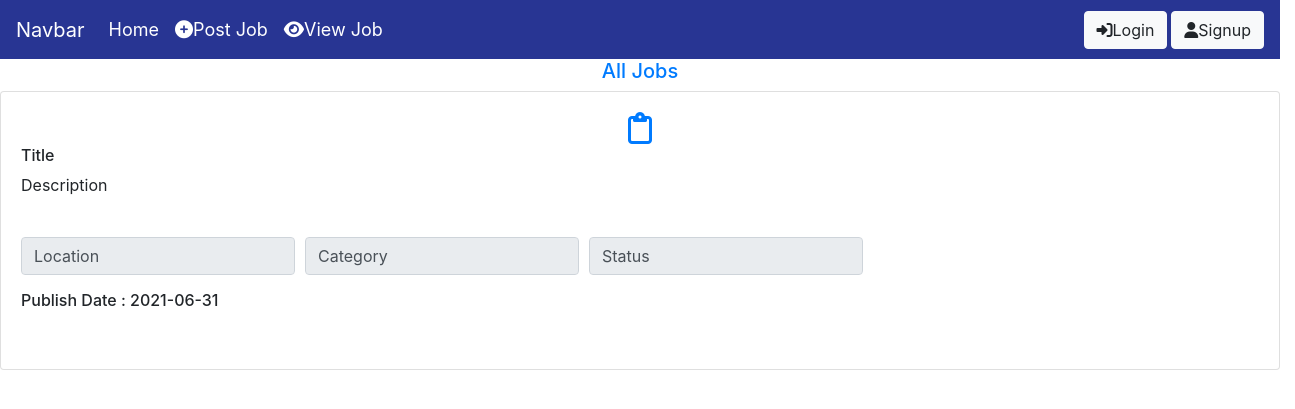
Repository: Pankaj08072001/Adv_Java
Page: http://localhost/06_Job_portal_Project/view_jobs.jsp
The author's editor kept a copy of each file at every save. The page is drawn from the files as they stood at one save, then again after the next save.
The browser window is 1280 px wide. The page is 1295 px wide, so the pictures cover 1295 px, including what lies to the right of the window. The pictures show the whole page.
Some web libraries are served in a nearby version. The page is served by Tomcat 9. Other server files are loaded and not shown.

Above is the page before, as saved 2025-03-13 21:32:17.

### 06_Job_portal_Project/src/main/webapp/view_jobs.jsp
<%@ page language="java" contentType="text/html; charset=UTF-8"
	pageEncoding="UTF-8"%>
<!DOCTYPE html>
<html>
<head>
<meta charset="UTF-8">
<title>View_jobs</title>
<%@include file="All_component/All_css.jsp"%>
</head>
<body>
	<%@include file="All_component/Navbar.jsp"%>

	<div class="Container">

		<div class="row">
			<div class="col-md-12">
				<h5 class="text-center text-primary">All Jobs</h5>
				<div class="card mt-2">
					<div class="card-body">
						<div class="text-center text-primary">
							<i class="far fa-clipboard fa-2x"></i>
						</div>
						<h6>Title</h6>
						<p>Description</p>
						<br>
						<div class="form-row">
							<div class="form-group col-md3">
								<input type="text" class=" form-control form-contorl-sm"
									value="Location" readonly>

							</div>

							<div class="form-group col-md3">
								<input type="text" class=" form-control form-contorl-sm"
									value="Category" readonly>

							</div>

							<div class="form-group col-md3">
								<input type="text" class=" form-control form-contorl-sm"
									value="Status" readonly>

							</div>

						</div>
						<h6>Publish Date : 2021-06-31 </h6>
						<div class="text-center">
						<a href="#" class="btn btn-sm bg-succes text-white">Edit</a>
						<a href="#" class="btn btn-sm bg-succes text-white">Edit</a>
						</div>

					</div>

				</div>

			</div>
		</div>
	</div>


</body>
</html>

### 06_Job_portal_Project/src/main/webapp/All_component/All_css.jsp
<link rel="stylesheet"
	href="https://cdn.jsdelivr.net/npm/bootstrap@4.0.0/dist/css/bootstrap.min.css"
	integrity="sha384-Gn5384xqQ1aoWXA+058RXPxPg6fy4IWvTNh0E263XmFcJlSAwiGgFAW/dAiS6JXm"
	crossorigin="anonymous">


<script src="https://code.jquery.com/jquery-3.2.1.slim.min.js"
	integrity="sha384-KJ3o2DKtIkvYIK3UENzmM7KCkRr/rE9/Qpg6aAZGJwFDMVNA/GpGFF93hXpG5KkN"
	crossorigin="anonymous"></script>
<script
	src="https://cdn.jsdelivr.net/npm/popper.js@1.12.9/dist/umd/popper.min.js"
	integrity="sha384-ApNbgh9B+Y1QKtv3Rn7W3mgPxhU9K/ScQsAP7hUibX39j7fakFPskvXusvfa0b4Q"
	crossorigin="anonymous"></script>
<script
	src="https://cdn.jsdelivr.net/npm/bootstrap@4.0.0/dist/js/bootstrap.min.js"
	integrity="sha384-JZR6Spejh4U02d8jOt6vLEHfe/JQGiRRSQQxSfFWpi1MquVdAyjUar5+76PVCmYl"
	crossorigin="anonymous"></script>

<link rel="stylesheet"
	href="https://cdnjs.cloudflare.com/ajax/libs/font-awesome/6.7.2/css/all.min.css"
	integrity="sha512-Evv84Mr4kqVGRNSgIGL/F/aIDqQb7xQ2vcrdIwxfjThSH8CSR7PBEakCr51Ck+w+/U6swU2Im1vVX0SVk9ABhg=="
	crossorigin="anonymous" referrerpolicy="no-referrer" />

	<link rel="Stylesheet" href ="All_component/Style.css" >

### 06_Job_portal_Project/src/main/webapp/All_component/Navbar.jsp
<nav class="navbar navbar-expand-lg navbar-dark bg-custom">
	<a class="navbar-brand" href="#">Navbar</a>
	<button class="navbar-toggler" type="button" data-toggle="collapse"
		data-target="#navbarSupportedContent"
		aria-controls="navbarSupportedContent" aria-expanded="false"
		aria-label="Toggle navigation">
		<span class="navbar-toggler-icon"></span>
	</button>

	<div class="collapse navbar-collapse" id="navbarSupportedContent">
		<ul class="navbar-nav mr-auto">
			<li class="nav-item active"><a class="nav-link" href="#">Home
					<span class="sr-only">(current)</span>
			</a></li>
			<li class="nav-item"><a class="nav-link" href="add_job.jsp"><i class="fas fa-plus-circle"></i>Post Job</a></li>
			<li class="nav-item"><a class="nav-link" href="#"><i class="fas fa-eye"></i>View Job</a></li>

		</ul>
		<form class="form-inline my-2 my-lg-0">
			<a href="login.jsp" class="btn btn-light mr-1"> <i class="fas fa-sign-in-alt"></i>Login</a>
			<a href ="Signup.jsp" class="btn btn-light"><i class="fas fa-user"></i>Signup</a>
		</form>
	</div>
</nav>

### 06_Job_portal_Project/src/main/webapp/All_component/Style.css
body{
	padding : 0;
	margin:0;
}

.bg-custom{
	background : #283593 !important;

}
.navbar .nav-item .nav-link{
	font-size: 18px;
	color : white;
}
.navbar .nav-item:hover .nav-link{
	background : white ;
	color : black;
	border-radius: 10px;
}

After the next save:
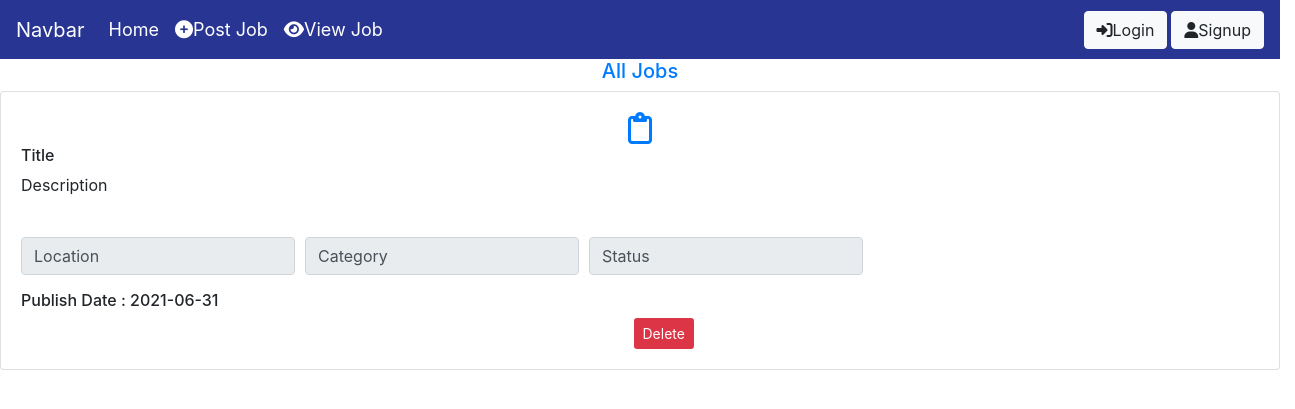
Saved 72 s later.
--- a/06_Job_portal_Project/src/main/webapp/view_jobs.jsp
+++ b/06_Job_portal_Project/src/main/webapp/view_jobs.jsp
@@ -46,7 +46,7 @@
 						<h6>Publish Date : 2021-06-31 </h6>
 						<div class="text-center">
 						<a href="#" class="btn btn-sm bg-succes text-white">Edit</a>
-						<a href="#" class="btn btn-sm bg-succes text-white">Edit</a>
+						<a href="#" class="btn btn-sm bg-danger text-white">Delete</a>
 						</div>
 
 					</div>
